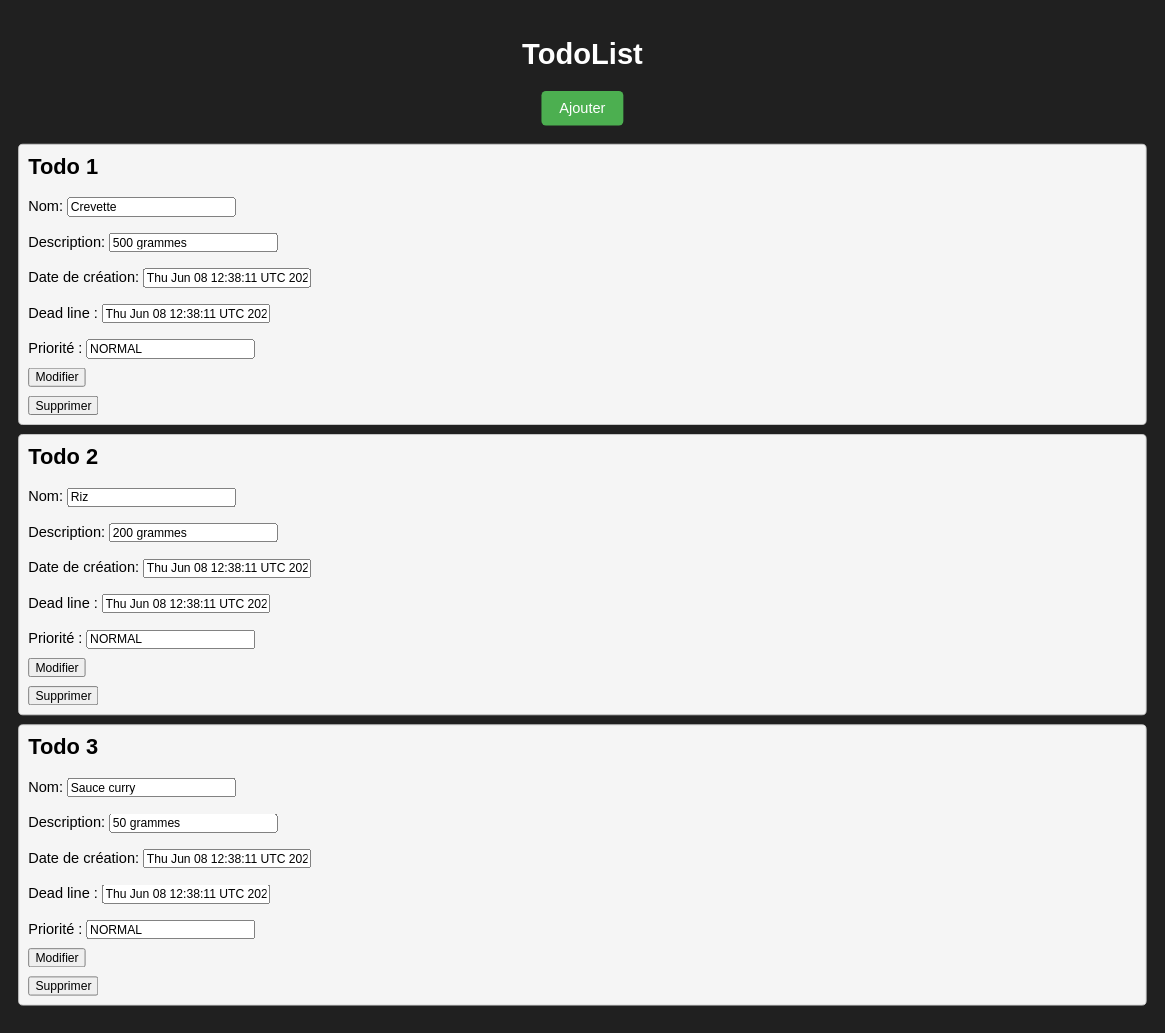
Repository: HugoGit-Hub/TodoList
Page: http://localhost/todo-list/TodoList
These files come from the project's save history. The page is drawn as it stood at one moment and after the next save; the edit follows.
The browser window is 1280 px wide. The pictures show the whole page, at 91% of full size.
The page is served by Tomcat 9. Other server files are loaded and not shown.

Above is the page before, as saved 2023-06-08 17:18:46.

### todo-list/src/main/webapp/jsp/todoList.jsp
<%@page import="java.util.ArrayList"%>
<%@page import="java.util.List"%>
<%@page import="fr.keyce.todo_list.model.Todo"%>
<%@page import="java.util.Map"%>
<%@taglib prefix="c" uri="http://java.sun.com/jsp/jstl/core"%>
<%@ page language="java" contentType="text/html; charset=UTF-8"
    pageEncoding="UTF-8"%>
<!DOCTYPE html>
<html>
	<head>
		<meta charset="UTF-8">
		<title>TodoList</title>
		<link href="../css/style.css" rel="stylesheet" type="text/css">
	</head>
	<body>
		<div>
			<h1>TodoList</h1>

			<div class="add-button">
				<c:url var="todoCreateUrl" value="/TodoCreate"/>
				<a href="${todoCreateUrl}">Ajouter</a>
			</div>

			<c:forEach items="${getAllTodo}" var="todo">
				<div class="todo-list">
    				<div class="todo-item">
						<form method="post" action="http://localhost:8080/todo-list/TodoList">
							<h2>Todo ${todo.getId()}</h2>
							<input type="text" id="id" name="id" value="${todo.getId()}" hidden="true">

							<label for="name">Nom:</label>
							<input type="text" id="name" name="name" value="${todo.getName()}"><br/><br/>

					 		<label for="description">Description:</label>
							<input type="text" id="description" name="description" value="${todo.getDescription()}"><br/><br/>

							<label for="creationDate">Date de création:</label>
							<input type="text" id="creationDate" name="creationDate" value="${todo.getCreationDate()}"><br/><br/>

							<label for="deadLine">Dead line :</label>
							<input type="text" id="deadLine" name="deadLine" value="${todo.getDeadLine()}"><br/><br/>

							<label for="priority">Priorité :</label>
							<input type="text" id="priority" name="priority" value="${todo.getPriority()}">
					 		<div class="buttons">
								<input type="submit" name="action" value="Modifier">
							</div>
						</form>

					 	<form method="post" action="http://localhost:8080/todo-list/TodoList">
							<input type="hidden" name="id" value="${todo.getId()}">
							<div class="buttons">
								<input type="submit" name="action" value="Supprimer">
							</div>
						</form>
					</div>
				</div>
			</c:forEach>
		</div>
	</body>
	<style>
    body {
      font-family: Arial, sans-serif;
      margin: 0;
      padding: 20px;
      background-color: #202020;
    }

    h1 {
      text-align: center;
      color: white;
    }

    .todo-item {
      margin-bottom: 10px;
      padding: 10px;
      border: 1px solid #ccc;
      border-radius: 5px;
      background-color: #f5f5f5;
    }

    .todo-item h2 {
      margin-top: 0;
    }

    .todo-item p {
      margin: 0;
    }

    .todo-item .buttons {
      margin-top: 10px;
    }

    .todo-item .buttons button {
      margin-right: 5px;
    }

    .add-button {
      text-align: center;
      margin-bottom: 20px;
    }

    .add-button a {
      display: inline-block;
      padding: 10px 20px;
      background-color: #4CAF50;
      color: #fff;
      text-decoration: none;
      border-radius: 5px;
    }
  </style>
</html>

### todo-list/src/main/java/fr/keyce/todo_list/controllers/TodoListServlet.java
package fr.keyce.todo_list.controllers;

import java.io.IOException;
import java.text.ParseException;
import java.text.SimpleDateFormat;
import java.util.Date;
import java.util.List;

import javax.servlet.RequestDispatcher;
import javax.servlet.ServletException;
import javax.servlet.annotation.WebServlet;
import javax.servlet.http.HttpServlet;
import javax.servlet.http.HttpServletRequest;
import javax.servlet.http.HttpServletResponse;

import fr.keyce.todo_list.model.Priority;
import fr.keyce.todo_list.model.Todo;
import fr.keyce.todo_list.services.TodoService;
import fr.keyce.todo_list.services.Impl.TodoServiceImpl;

@WebServlet(name = "TodoListServlet", urlPatterns = "/TodoList")
public class TodoListServlet extends HttpServlet {
	private static final long serialVersionUID = 1L;

	private TodoService todoService = TodoServiceImpl.getInstance();

	protected void doGet(HttpServletRequest request, HttpServletResponse response) throws ServletException, IOException {
		System.out.println(request.getRequestURI() + " > forward vers /jsp/todoList.jsp");
		List<Todo> todos = this.todoService.findAll();
		RequestDispatcher requestDispatcher = request.getRequestDispatcher("/jsp/todoList.jsp");
		request.setAttribute("getAllTodo", todos);

		requestDispatcher.forward(request, response);
	}

	protected void doPost(HttpServletRequest request, HttpServletResponse response) throws ServletException, IOException {
		String id = request.getParameter("id");
		String action = request.getParameter("action");

		switch (action) {
			case "Supprimer": {
				todoService.delete(Integer.parseInt(id));
				response.sendRedirect("http://localhost:8080/todo-list/TodoList");
				break;
			}
			case "Modifier":{
				Todo update = new Todo();

				String idTodo = request.getParameter("id");
				update.setId(Integer.parseInt(idTodo));

				String name = request.getParameter("name");
				update.setName(name);

				String description = request.getParameter("description");
				update.setDescription(description);

				String creationDate = request.getParameter("creationDate");
				try {
					Date convertDate = new SimpleDateFormat("dd/MM/yyyy").parse(creationDate);
					update.setCreationDate(convertDate);
				} catch (ParseException e) {
					e.printStackTrace();
				}

				String deadLine = request.getParameter("deadLine");
				try {
					Date convertDate = new SimpleDateFormat("dd/MM/yyyy").parse(deadLine);
					update.setDeadLine(convertDate);
				} catch (ParseException e) {
					e.printStackTrace();
				}

				String priority = request.getParameter("priority");
				switch (priority) {
					case "LOW": {
						update.setPriority(Priority.LOW);
					}
					case "NORMAL": {
						update.setPriority(Priority.NORMAL);
					}
					case "HIGH": {
						update.setPriority(Priority.HIGH);
					}
				}
				todoService.update(update);
				response.sendRedirect("http://localhost:8080/todo-list/TodoList");
				break;
			}
			default:
				throw new IllegalArgumentException("Unexpected value: ");
		}
	}
}

### todo-list/src/main/java/fr/keyce/todo_list/services/Impl/TodoServiceImpl.java
package fr.keyce.todo_list.services.Impl;

import java.util.List;

import fr.keyce.todo_list.dao.TodoDao;
import fr.keyce.todo_list.dao.db.TodoDaoDb;
import fr.keyce.todo_list.model.Todo;
import fr.keyce.todo_list.services.TodoService;

public class TodoServiceImpl implements TodoService {

	private final static TodoServiceImpl INSTANCE = new TodoServiceImpl();

	private TodoServiceImpl() {};

	public static TodoServiceImpl getInstance() {
		return INSTANCE;
	}

	private TodoDao todoDao = TodoDaoDb.getInstance();

	@Override
	public List<Todo> findAll() {
		return this.todoDao.findAll();
	}

	@Override
	public void delete(Integer id) {
		this.todoDao.delete(id);
	}

	@Override
	public Todo update(Todo todo) {
		return this.todoDao.update(todo);
	}

	@Override
	public Todo create(Todo todo) {
		return this.todoDao.create(todo);
	}

}

### todo-list/src/main/java/fr/keyce/todo_list/dao/TodoDao.java
package fr.keyce.todo_list.dao;

import java.util.List;

import fr.keyce.todo_list.model.Todo;

public interface TodoDao {
	public List<Todo> findAll();
	public void delete(Integer id);
	public Todo update(Todo todo);
	public Todo create(Todo todo);
}

### todo-list/src/main/java/fr/keyce/todo_list/dao/db/TodoDaoDb.java
package fr.keyce.todo_list.dao.db;

import java.util.List;

import fr.keyce.todo_list.dao.TodoDao;
import fr.keyce.todo_list.db.Database;
import fr.keyce.todo_list.model.Todo;

public class TodoDaoDb implements TodoDao {

	private final static TodoDaoDb INSTANCE = new TodoDaoDb();

	private TodoDaoDb() {};

	public static TodoDaoDb getInstance() {
		return INSTANCE;
	}

	private Database database = Database.getInstance();

	@Override
	public List<Todo> findAll() {
		return this.database.selectAll();
	}

	@Override
	public void delete(Integer id) {
		this.database.delete(id);
	}

	@Override
	public Todo update(Todo todo) {
		return this.database.update(todo);
	}

	@Override
	public Todo create(Todo todo) {
		return this.database.create(todo);
	}
}

### todo-list/src/main/java/fr/keyce/todo_list/db/Database.java
package fr.keyce.todo_list.db;

import java.util.ArrayList;
import java.util.Date;
import java.util.List;
import java.util.Map;
import java.util.TreeMap;

import fr.keyce.todo_list.model.Priority;
import fr.keyce.todo_list.model.Todo;

public class Database {

	private final static Database INSTANCE = new Database();

	private Map<Integer, Todo> map;

	private Database() {
		this.map = new TreeMap<Integer, Todo>();
		Todo todoCrevette = Todo.create(1, "Crevette", "500 grammes", new Date(), new Date(), Priority.NORMAL);
		this.map.put(todoCrevette.getId(), todoCrevette);
		Todo todoRiz = Todo.create(2, "Riz", "200 grammes", new Date(), new Date(), Priority.NORMAL);
		this.map.put(todoRiz.getId(), todoRiz);
		Todo todoSauceCurry = Todo.create(3, "Sauce curry", "50 grammes", new Date(), new Date(), Priority.NORMAL);
		this.map.put(todoSauceCurry.getId(), todoSauceCurry);
	}

	public static Database getInstance() {
		return INSTANCE;
	}

	public List<Todo> selectAll(){
		var value = this.map.values();
		return new ArrayList<>(value);
	}

	public void delete(Integer id) {
		map.remove(id);
	}

	public Todo update(Todo todo) {
		return map.put(todo.getId(), todo);
	}

	public Todo create(Todo todo) {
		Integer id = map.size() + 1;
		return map.put(id, todo);
	}
}

### todo-list/src/main/java/fr/keyce/todo_list/model/Priority.java
package fr.keyce.todo_list.model;

public enum Priority {

	LOW, NORMAL, HIGH

}

### todo-list/src/main/java/fr/keyce/todo_list/model/Todo.java
package fr.keyce.todo_list.model;

import java.util.Date;

public class Todo {

	private Integer id;

	private String name;

	private String description;

	private Date creationDate;

	private Date deadLine;

	private Priority priority;

	public Todo() {}

	public Integer getId() {
		return id;
	}

	public void setId(Integer id) {
		this.id = id;
	}

	public String getName() {
		return name;
	}

	public void setName(String name) {
		this.name = name;
	}

	public String getDescription() {
		return description;
	}

	public void setDescription(String description) {
		this.description = description;
	}

	public Date getCreationDate() {
		return creationDate;
	}

	public void setCreationDate(Date creationDate) {
		this.creationDate = creationDate;
	}

	public Date getDeadLine() {
		return deadLine;
	}

	public void setDeadLine(Date deadLine) {
		this.deadLine = deadLine;
	}

	public Priority getPriority() {
		return priority;
	}

	public void setPriority(Priority priority) {
		this.priority = priority;
	}

	public final static Todo create(Integer id, String name, String description, Date creationDate, Date deadLine, Priority priority) {
		Todo todo = new Todo();
		todo.id = id;
		todo.name = name;
		todo.description = description;
		todo.creationDate = creationDate;
		todo.deadLine = deadLine;
		todo.priority = priority;
		return todo;
	}
}

### todo-list/src/main/webapp/css/style.css
@charset "UTF-8";

    body {
      font-family: Arial, sans-serif;
      margin: 0;
      padding: 20px;
      background-color: #202020;
    }

    h1 {
      text-align: center;
      color: white;
    }

    .todo-item {
      margin-bottom: 10px;
      padding: 10px;
      border: 1px solid #ccc;
      border-radius: 5px;
      background-color: #f5f5f5;
    }

    .todo-item h2 {
      margin-top: 0;
    }

    .todo-item p {
      margin: 0;
    }

    .todo-item .buttons {
      margin-top: 10px;
    }

    .todo-item .buttons button {
      margin-right: 5px;
    }

    .add-button {
      text-align: center;
      margin-bottom: 20px;
    }

    .add-button a {
      display: inline-block;
      padding: 10px 20px;
      background-color: #4CAF50;
      color: #fff;
      text-decoration: none;
      border-radius: 5px;
    }

After the next save:
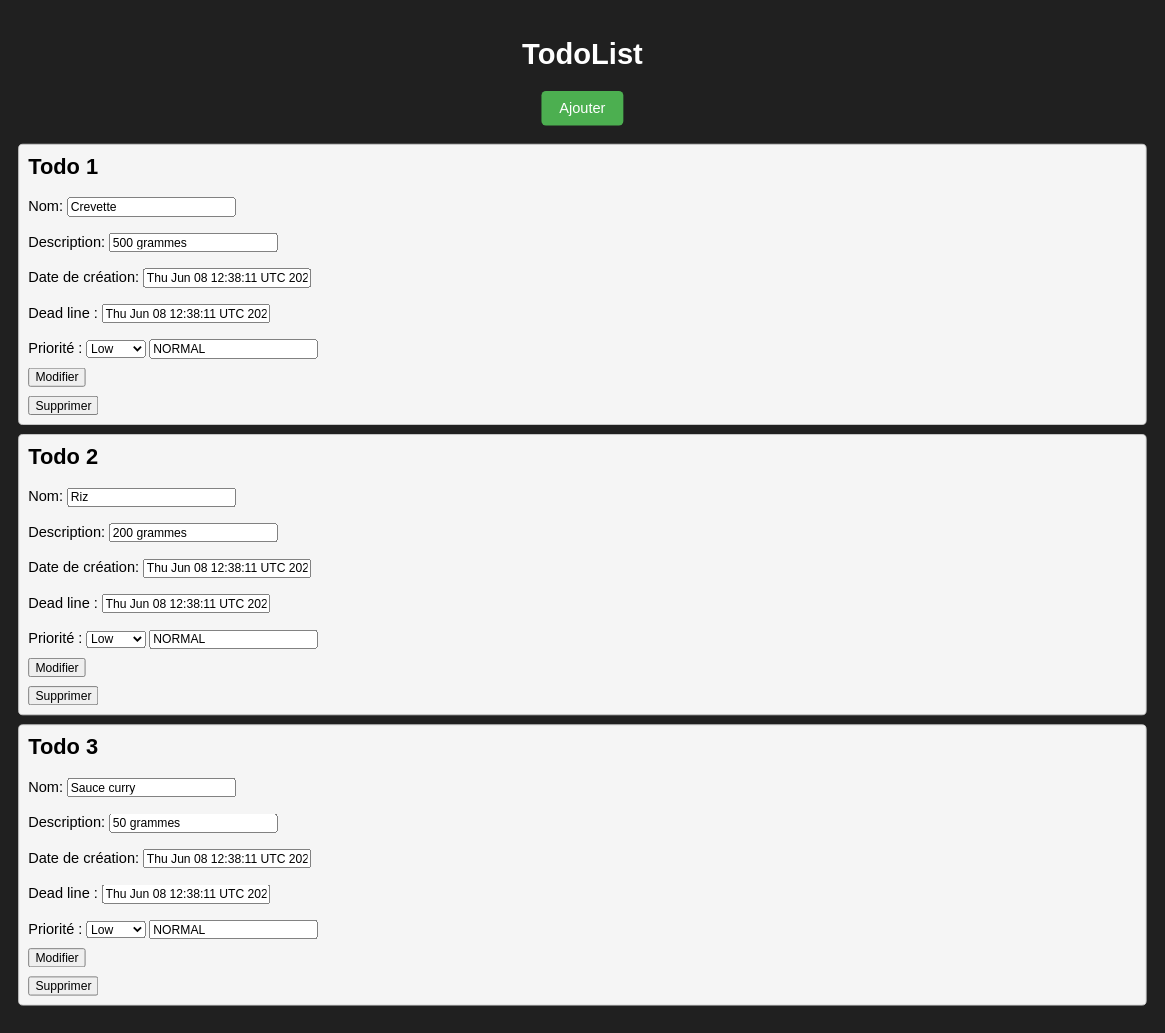
Saved 42 s later.
--- a/todo-list/src/main/webapp/jsp/todoList.jsp
+++ b/todo-list/src/main/webapp/jsp/todoList.jsp
@@ -41,6 +41,11 @@
 							<input type="text" id="deadLine" name="deadLine" value="${todo.getDeadLine()}"><br/><br/>
 
 							<label for="priority">Priorité :</label>
+							<select id="priority" name="priority">
+								<option value="LOW">Low</option>
+								<option value="NORMAL">Normal</option>
+								<option value="HIGH">High</option>
+							</select>
 							<input type="text" id="priority" name="priority" value="${todo.getPriority()}">
 					 		<div class="buttons">
 								<input type="submit" name="action" value="Modifier">
